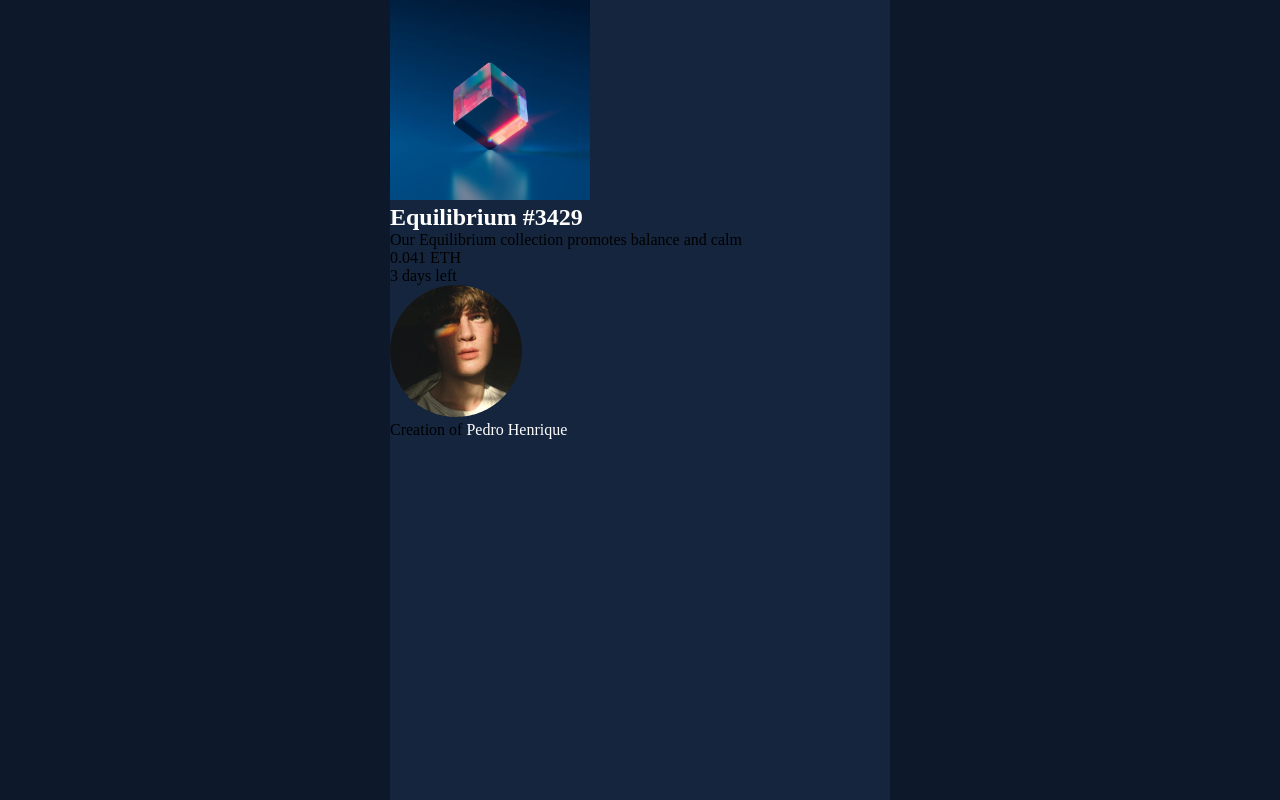
Repository: PedroHEAA/nft
Page: index.html
An editor plug-in stored every save of this project. The page is shown before and after the next save, followed by the edit.
The browser window is 1280 px wide. The pictures show the whole page.

Above is the page before, as saved 2022-11-03 19:47:48.

After the next save:
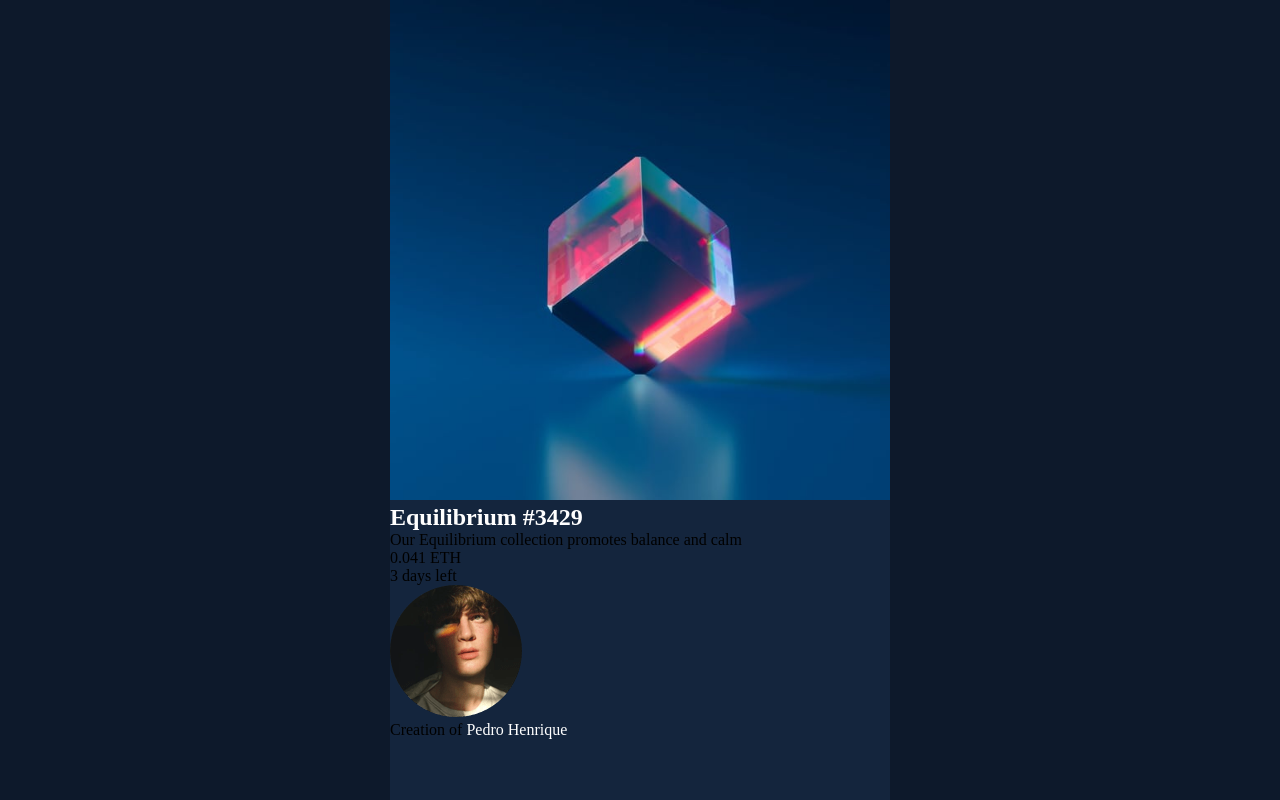
Saved 8 s later.
--- a/index.html
+++ b/index.html
@@ -16,7 +16,7 @@
         <div class="card">
 
             <a href="#">
-                <img src="src/images/image-equilibrium.jpg" alt="Equilibrium NFT image" width="200px">
+                <img src="src/images/image-equilibrium.jpg" alt="Equilibrium NFT image" width="500px">
             </a>
 
                 <a href="#">
